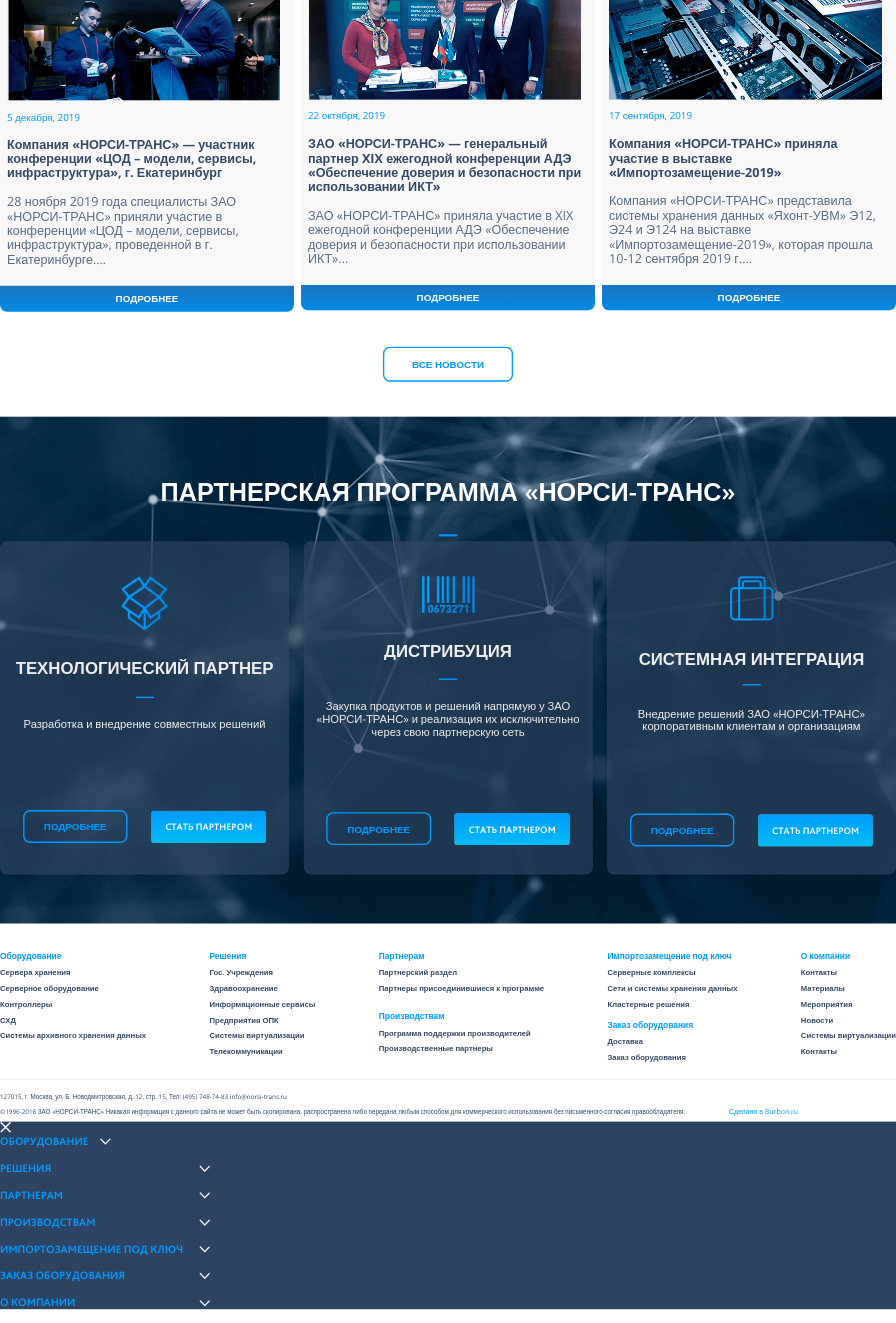
Repository: frostnn/testTaskBurbon
Page: app/index.html
An editor plug-in stored every save of this project. The page is shown before and after the next save, followed by the edit.
The browser window is 1280 px wide. The pictures show the part of the page from y = 1746 to 3666 px (the page is 3636 px tall before and 3666 px after), at 70% of full size.
The style sheet was rebuilt from its Sass, Less or Tailwind sources for each picture, by a compiler version that may differ from the author's.

Above is the page before, as saved 2020-07-17 09:41:52.

### app/index.html
<!DOCTYPE html>
<html lang="en">
<head>
  <meta charset="UTF-8">
  <meta name="viewport" content="width=device-width, initial-scale=1.0">
  <meta http-equiv="X-UA-Compatible" content="ie=edge">
  <link rel="stylesheet" href="css/style.min.css">
  <title>Test task</title>
</head>
<body>
  <div class="bg-test">
    <header class="header">
      <div class="mobile-menu">
        <span class="mobile-menu__burger"></span>
      </div>




        <div class="header-logo">
          <img src="./img/NT_logo_color.png" alt="Логотип" class="header-logo__img">
        </div>
        <nav class="header-nav">
          <ul class="header-nav__list">
            <li class="header-nav__list-item">
              <a href="#" class="header-nav__list-link">оборудование</a>
            </li>
            <li class="header-nav__list-item">
              <a href="#" class="header-nav__list-link">решения</a>
            </li>
            <li class="header-nav__list-item">
              <a href="#" class="header-nav__list-link">партнерам</a>
            </li>
            <li class="header-nav__list-item">
              <a href="#" class="header-nav__list-link">производствам</a>
            </li>
            <li class="header-nav__list-item">
              <a href="#" class="header-nav__list-link">импортозамещение под ключ</a>
            </li>
            <li class="header-nav__list-item">
              <a href="#" class="header-nav__list-link">заказ оборудования</a>
            </li>
            <li class="header-nav__list-item">
              <a href="#" class="header-nav__list-link">о компании</a>
            </li>
          </ul>
        </nav>
        <div class="header-search">
          <img src="./img/search.png" alt="Поиск" class="header-search__img">
        </div>
    </header>
    <section class="slider">
      <div class="slider-block">
        <div class="slider-block__content">
          <h1 class="slider-block__content-title">Яхонт-увм э24</h1>
          <p class="slider-block__content-text">
            программно-аппаратный комплекс высокопроизводительной загрузки <br>
            и накопления массивов CDR/IPDR данных, выполнения задач<br>
            по их обработке
          </p>
          <a href="#" class="slider-block__content-link btn">Подробнее</a>
        </div>
        <div class="slider-block__content">
          <h1 class="slider-block__content-title">Яхонт-увм э24</h1>
          <p class="slider-block__content-text">
            программно-аппаратный комплекс высокопроизводительной загрузки <br>
            и накопления массивов CDR/IPDR данных, выполнения задач<br>
            по их обработке
          </p>
        <!--  <img src="./img/VPS.png" alt="" class="slider-block__content-img"> -->
          <a href="#" class="slider-block__content-link btn">Подробнее</a>
        </div>
        <div class="slider-block__content">
          <h1 class="slider-block__content-title">Яхонт-увм э24</h1>
          <p class="slider-block__content-text">
            программно-аппаратный комплекс высокопроизводительной загрузки <br>
            и накопления массивов CDR/IPDR данных, выполнения задач<br>
            по их обработке
          </p>
          <a href="#" class="slider-block__content-link btn">Подробнее</a>
        </div>
      </div>
    </section>
  </div>
  <section class="industries">
    <h2 class="industries-title">Наши отрасли</h2>
    <div class="industries-block">
      <div class="industries-block__content">
        <img src="./img/healths.png" alt="healths" class="industries-block__content-img">
        <h3 class="industries-block__content-title">Здравоохранение</h3>
        <p class="industries-block__content-text">
          Системы хранения данных. Интеграция
          в действующую ИКТ-структуру. Программно-аппаратный комплекс «Яхонт-ЭМК»,
          предназначенный для хранения и ведения медицинских интегрированных архивов
        </p>
        <a href="" class="industries-block__content-link">Подробнее</a>
      </div>
      <div class="industries-block__content">
        <img src="./img/gov.png" alt="government" class="industries-block__content-img">
        <h3 class="industries-block__content-title">Государственный сектор </h3>
        <p class="industries-block__content-text">
          Системы хранения данных. Интеграция в действующую ИКТ-структуру.
          Импортонезависимый программно-аппаратный комплекс систем электронного документооборота
          и аналитической отчетности
        </p>
        <a href="" class="industries-block__content-link">Подробнее</a>
      </div>
      <div class="industries-block__content">
        <img src="./img/telecom.png" alt="telecom" class="industries-block__content-img">
        <h3 class="industries-block__content-title">Телекоммуникации</h3>
        <p class="industries-block__content-text">
          Системы хранения данных. Интеграция в действующую ИКТ-структуру.
          Программно-аппаратный комплекс «Яхонт-ЭМК»,
          предназначенный для хранения и ведения медицинских интегрированных архивов
        </p>
        <a href="" class="industries-block__content-link">Подробнее</a>
      </div>
      <div class="industries-block__content">
        <img src="./img/opk.png" alt="opk" class="industries-block__content-img">
        <h3 class="industries-block__content-title">Предприятия ОПК</h3>
        <p class="industries-block__content-text">
          Системы хранения данных. Интеграция в действующую ИКТ-структуру.
          Импортонезависимый программно-аппаратный комплекс систем электронного документооборота
          и аналитической отчетности
        </p>
        <a href="#" class="industries-block__content-link">Подробнее</a>
      </div>
    </div>
  </section>
  <main class="production">
    <div class="production-wrapper">
      <div class="production-block">
        <h2 class="production-block__title">Производственный комплекс</h2>
        <p class="production-block__text">
          Компания «НОРСИ-ТРАНС» осуществляет свою деятельность в соответствии с Уставом <br>
          и имеет все необходимые лицензии для разработки, производства и реализации технических средств.<br>
          Система менеджмента качества применительно к полному комплексу<br>
          строительно-монтажных услуг на объектах связи и оказанию <br>
          телекоммуникационных услуг компании «НОРСИ-ТРАНС» соответствует <br>
          требованиям ГОСТ Р ИСО 9001-2015 (ИСО 9000:2015) и является максимально клиентоориентированной
        </p>
        <a href="#" class="production-block__link btn">подробнее</a>
      </div>
    </div>
  </main>
  <section class="news">
    <h2 class="news-title">Новости</h2>
      <div class="news-block">
        <div class="news-block__content">
          <img src="./img/news_1.png" alt="news_img" class="news-block__content-img">
          <span class="news-block__content-date">5 декабря, 2019</span>
          <h4 class="news-block__content-title">
            Компания «НОРСИ-ТРАНС» — участник конференции «ЦОД – модели,
            сервисы, инфраструктура», г. Екатеринбург
          </h4>
          <p class="news-block__content-text">
            28 ноября 2019 года специалисты ЗАО «НОРСИ-ТРАНС»
            приняли участие в конференции «ЦОД – модели, сервисы,
            инфраструктура», проведенной в г. Екатеринбурге.…
          </p>
          <a href="#" class="news-block__content-link">Подробнее</a>
        </div>
          <div class="news-block__content">
            <img src="./img/news_2.png" alt="news_img" class="news-block__content-img">
            <span class="news-block__content-date">22 октября, 2019</span>
            <h4 class="news-block__content-title">
              ЗАО «НОРСИ-ТРАНС» — генеральный партнер XIX
              ежегодной конференции АДЭ «Обеспечение доверия
              и безопасности при использовании ИКТ»
            </h4>
            <p class="news-block__content-text">
              ЗАО «НОРСИ-ТРАНС» приняла участие в XIX ежегодной конференции
              АДЭ «Обеспечение доверия и безопасности при использовании ИКТ»...
            </p>
            <a href="#" class="news-block__content-link">Подробнее</a>
          </div>
          <div class="news-block__content">
            <img src="./img/news_3.png" alt="news_img" class="news-block__content-img">
            <span class="news-block__content-date">17 сентября, 2019</span>
            <h4 class="news-block__content-title">
              Компания «НОРСИ-ТРАНС» приняла участие
              в выставке «Импортозамещение-2019»
            </h4>
            <p class="news-block__content-text">
              Компания «НОРСИ-ТРАНС» представила системы хранения данных
              «Яхонт-УВМ» Э12, Э24 и Э124 на выставке «Импортозамещение-2019»,
              которая прошла 10-12 сентября 2019 г.…
            </p>
            <a href="#" class="news-block__content-link">Подробнее</a>
          </div>
      </div>
      <div class="btn-wrapper">
        <button class="news-btn">Все новости</button>
      </div>
  </section>
  <section class="program">
    <div class="program-wrapper">
      <h2 class="program-title">Партнерская программа «НОРСИ-ТРАНС» </h2>
      <div class="program-block__wrapper">
        <div class="program-block">
          <img src="./img/box.png" alt="box" class="program-block__img">
          <h5 class="program-block__title">Технологический партнер</h5>
          <p class="program-block__text">Разработка и внедрение совместных решений </p>
          <div class="program-block__btn">
            <a href="#" class="program-block__btn-link">подробнее</a>
            <button class="program-block__btn-btn btn">стать партнером</button>
          </div>
        </div>
        <div class="program-block">
          <img src="./img/code.png" alt="box" class="program-block__img">
          <h5 class="program-block__title">Дистрибуция</h5>
          <p class="program-block__text">
            Закупка продуктов и решений напрямую у ЗАО «НОРСИ-ТРАНС»
            и реализация их исключительно через свою партнерскую сеть
          </p>
          <div class="program-block__btn">
            <a href="#" class="program-block__btn-link">подробнее</a>
            <button class="program-block__btn-btn btn">стать партнером</button>
          </div>
        </div>
        <div class="program-block">
          <img src="./img/case.png" alt="box" class="program-block__img">
          <h5 class="program-block__title">Системная интеграция</h5>
          <p class="program-block__text">
            Внедрение решений ЗАО «НОРСИ-ТРАНС»
            корпоративным клиентам и организациям
          </p>
          <div class="program-block__btn">
            <a href="#" class="program-block__btn-link">подробнее</a>
            <button class="program-block__btn-btn btn">стать партнером</button>
          </div>
        </div>
      </div>
    </div>
  </section>
  <footer class="footer">
    <div class="footer-nav">
      <div class="equipment-block">
        <ul class="equipment-block__list">
          <li class="equipment-block__list-titlee">Оборудование</li>
          <li class="equipment-block__list-item"> <a href="#" class="equipment-block__item-link"> Сервера хранения</a></li>
          <li class="equipment-block__list-item"> <a href="#" class="equipment-block__item-link">Серверное оборудование</a></li>
          <li class="equipment-block__list-item"> <a href="#" class="equipment-block__item-link"> Контроллеры</a></li>
          <li class="equipment-block__list-item"> <a href="#" class="equipment-block__item-link">СХД</a></li>
          <li class="equipment-block__list-item"> <a href="#" class="equipment-block__item-link">Системы архивного хранения данных</a></li>
        </ul>
      </div>
      <div class="decisions-block">
        <ul class="decisions-block__list">
          <li class="decisions-block__list-title">Решения</li>
          <li class="decisions-block__list-item"> <a href="#" class="decisions-block__item-link"> Гос. Учреждения</a></li>
          <li class="decisions-block__list-item"> <a href="#" class="decisions-block__item-link">Здравоохранение</a></li>
          <li class="decisions-block__list-item"> <a href="#" class="decisions-block__item-link">Информационные сервисы</a></li>
          <li class="decisions-block__list-item"> <a href="#" class="decisions-block__item-link">Предприятия ОПК</a></li>
          <li class="decisions-block__list-item"> <a href="#" class="decisions-block__item-link">Системы виртуализации</a></li>
          <li class="decisions-block__list-item"> <a href="#" class="decisions-block__item-link">Телекоммуникации</a></li>
        </ul>
      </div>
      <div class="partners-block">
        <ul class="partners-block__list">
          <li class="partners-block__list-title">Партнерам</li>
          <li class="partners-block__list-item"> <a href="#" class="partners-block__item-link">Партнерский раздел</a></li>
          <li class="partners-block__list-item"> <a href="#" class="partners-block__item-link">Партнеры присоединившиеся к программе</a></li>
        </ul>
        <ul class="productions-block__list">
          <li class="productions-block__list-title">Производствам</li>
          <li class="productions-block__list-item"> <a href="#" class="productions-block__item-link">Программа поддержки производителей</a></li>
          <li class="productions-block__list-item"> <a href="#" class="productions-block__item-link">Производственные партнеры</a></li>
        </ul>
      </div>
      <div class="import-block">
        <ul class="import-block__list">
          <li class="import-block__list-title">Импортозамещение под ключ</li>
          <li class="import-block__list-item"> <a href="#" class="import-block__item-link"> Серверные комплексы</a></li>
          <li class="import-block__list-item"> <a href="#" class="import-block__item-link">Сети и системы хранения данных</a></li>
          <li class="import-block__list-item"> <a href="#" class="import-block__item-link">Кластерные решения</a></li>
        </ul>
        <ul class="equipment-block__list">
          <li class="equipment-block__list-title">Заказ оборудования</li>
          <li class="equipment-block__list-item"> <a href="#" class="equipment-block__item-link">Доставка</a></li>
          <li class="equipment-block__list-item"> <a href="#" class="equipment-block__item-link">Заказ оборудования</a></li>
        </ul>
      </div>
      <div class="nav-block">
        <ul class="nav-block__list">
          <li class="nav-block__list-title" >О компании</li>
          <li class="nav-block__list-item" > <a href="#" class="nav-block__item-link">Контакты</a></li>
          <li class="nav-block__list-item" > <a href="#" class="nav-block__item-link">Материалы</a></li>
          <li class="nav-block__list-item" > <a href="#" class="nav-block__item-link">Мероприятия</a></li>
          <li class="nav-block__list-item" > <a href="#" class="nav-block__item-link">Новости</a></li>
          <li class="nav-block__list-item" > <a href="#" class="nav-block__item-link">Системы виртуализации</a></li>
          <li class="nav-block__list-item" > <a href="#" class="nav-block__item-link">Контакты</a></li>
        </ul>
      </div>
    </div>
    <div class="subfooter">
      <p class="subfooter-contacts">
        127015, г. Москва, ул. Б. Новодмитровская,
        д. 12, стр. 15, Тел: <a href="tel:(495) 748-74-83" class="subfooter-contacts__link">(495) 748-74-83</a> <a href="mailto:info@norsi-trans.ru" class="subfooter-contacts__link">info@norsi-trans.ru</a>
      </p>
      <p class="subfooter-info">
        ©1996-2018 ЗАО «НОРСИ-ТРАНС» Никакая информация с данного сайта не может быть скопирована,
        распространена либо передана любым способом для коммерческого использования без письменного согласия правообладателя.
        <a href="https://burbon.ru/" class="subfooter-link">Сделано в Burbon.ru</a>
      </p>
    </div>
  </footer>
  <div class="mobile-nav">
    <div class="mobile-nav__close"></div>
    <ul class="mobile-nav_lis">
      <li class="mobile-nav_list-title equipment">Оборудование</li>
      <li class="mobile-nav_list-text"><a href="#" class="mobile-nav_item-link">Сервера хранения</a></li>
      <li class="mobile-nav_list-text"><a href="#" class="mobile-nav_item-link">Серверное оборудование</a></li>
      <li class="mobile-nav_list-text"><a href="#" class="mobile-nav_item-link">Контроллеры</a></li>
      <li class="mobile-nav_list-text"><a href="#" class="mobile-nav_item-link">СХД</a></li>
      <li class="mobile-nav_list-text"><a href="#" class="mobile-nav_item-link">Системы архивного хранения данных</a></li>
    </ul>
    <ul class="mobile-nav_list">
      <li class="mobile-nav_list-title">Решения</li>
      <li class="mobile-nav_list-text"><a href="#" class="mobile-nav_item-link">Сервера хранения</a></li>
      <li class="mobile-nav_list-text"><a href="#" class="mobile-nav_item-link">Серверное оборудование</a></li>
    </ul>
    <ul class="mobile-nav_list">
      <li class="mobile-nav_list-title">Партнерам</li>
      <li class="mobile-nav_list-text"><a href="#" class="mobile-nav_item-link">Сервера хранения</a></li>
      <li class="mobile-nav_list-text"><a href="#" class="mobile-nav_item-link">Серверное оборудование</a></li>
    </ul>
    <ul class="mobile-nav_list">
      <li class="mobile-nav_list-title">Производствам</li>
      <li class="mobile-nav_list-text"><a href="#" class="mobile-nav_item-link">Сервера хранения</a></li>
      <li class="mobile-nav_list-text"><a href="#" class="mobile-nav_item-link">Серверное оборудование</a></li>
    </ul>
    <ul class="mobile-nav_list">
      <li class="mobile-nav_list-title">Импортозамещение под ключ</li>
      <li class="mobile-nav_list-text"><a href="#" class="mobile-nav_item-link">Сервера хранения</a></li>
      <li class="mobile-nav_list-text"><a href="#" class="mobile-nav_item-link">Серверное оборудование</a></li>
    </ul>
    <ul class="mobile-nav_list">
      <li class="mobile-nav_list-title">Заказ оборудования</li>
      <li class="mobile-nav_list-text"><a href="#" class="mobile-nav_item-link">Сервера хранения</a></li>
      <li class="mobile-nav_list-text"><a href="#" class="mobile-nav_item-link">Серверное оборудование</a></li>
    </ul>
    <ul class="mobile-nav_list">
      <li class="mobile-nav_list-title">О компании</li>
      <li class="mobile-nav_list-text"><a href="#" class="mobile-nav_item-link">Сервера хранения</a></li>
      <li class="mobile-nav_list-text"><a href="#" class="mobile-nav_item-link">Серверное оборудование</a></li>
    </ul>
  </div>
  <script src="https://ajax.googleapis.com/ajax/libs/jquery/3.4.1/jquery.min.js"></script>
  <script src="js/libs.min.js"></script>
  <script src="js/main.js"></script>
</body>
</html>

### app/scss/_vars.scss
$white: #fff;
$blue: #019afe;

### app/scss/_fonts.scss
@import url('https://fonts.googleapis.com/css2?family=Open+Sans:wght@300;400;600;700;800&display=swap');
@font-face {
  font-family: 'Bliss Pro Bold';
  src: url('../fonts/BlissPro-Bold.eot');
  src: url('../fonts/BlissPro-Bold.eot?#iefix') format('embedded-opentype'),
  url('../fonts/BlissPro-Bold.woff') format('woff'),
  url('../fonts/BlissPro-Bold.ttf') format('truetype');
  font-weight: normal;
  font-style: normal;
  }

### app/scss/_global.scss
html {
  box-sizing: border-box;
}
body {
  font-family: 'Open Sans', sans-serif;
}
*,
*::before,
*::after {

  box-sizing: inherit;
}
a {
  display: inline;
  text-decoration: none;
  color: #fff;
}
ul,
li {
  list-style: none;
  margin: 0;
  padding: 0;
}

Loaded but not shown: app/js/libs.min.js (library); app/js/main.js (5 lines, source omitted); app/scss/_media.scss (762 lines, source omitted); app/scss/style.scss (530 lines, source omitted); app/scss/_libs.scss (469 lines, source omitted)

After the next save:
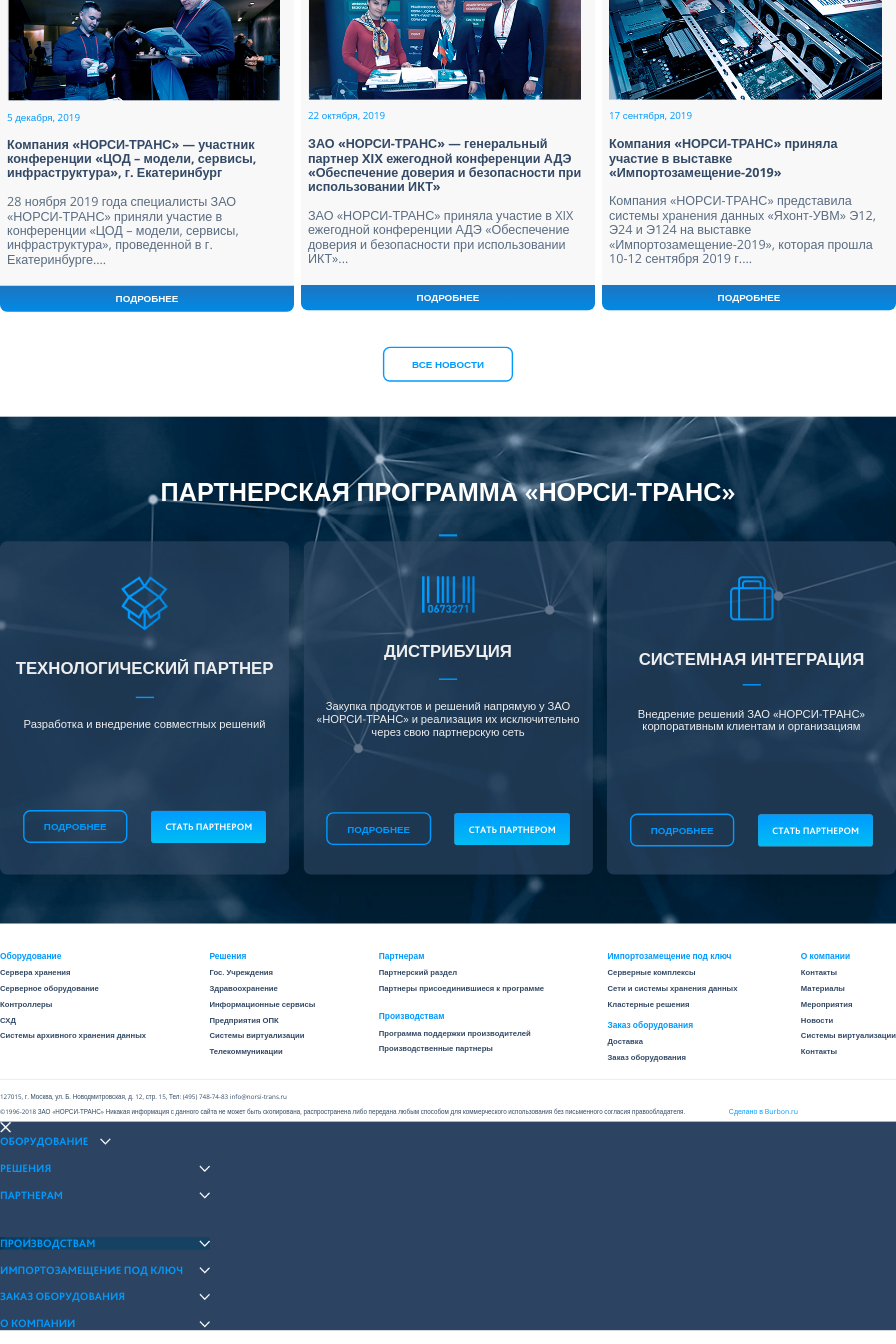
Saved 9 min 25 s later.
--- a/app/index.html
+++ b/app/index.html
@@ -316,32 +316,32 @@
       <li class="mobile-nav_list-text"><a href="#" class="mobile-nav_item-link">Системы архивного хранения данных</a></li>
     </ul>
     <ul class="mobile-nav_list">
-      <li class="mobile-nav_list-title">Решения</li>
-      <li class="mobile-nav_list-text"><a href="#" class="mobile-nav_item-link">Сервера хранения</a></li>
-      <li class="mobile-nav_list-text"><a href="#" class="mobile-nav_item-link">Серверное оборудование</a></li>
-    </ul>
-    <ul class="mobile-nav_list">
-      <li class="mobile-nav_list-title">Партнерам</li>
-      <li class="mobile-nav_list-text"><a href="#" class="mobile-nav_item-link">Сервера хранения</a></li>
-      <li class="mobile-nav_list-text"><a href="#" class="mobile-nav_item-link">Серверное оборудование</a></li>
-    </ul>
-    <ul class="mobile-nav_list">
-      <li class="mobile-nav_list-title">Производствам</li>
-      <li class="mobile-nav_list-text"><a href="#" class="mobile-nav_item-link">Сервера хранения</a></li>
-      <li class="mobile-nav_list-text"><a href="#" class="mobile-nav_item-link">Серверное оборудование</a></li>
-    </ul>
-    <ul class="mobile-nav_list">
-      <li class="mobile-nav_list-title">Импортозамещение под ключ</li>
-      <li class="mobile-nav_list-text"><a href="#" class="mobile-nav_item-link">Сервера хранения</a></li>
-      <li class="mobile-nav_list-text"><a href="#" class="mobile-nav_item-link">Серверное оборудование</a></li>
-    </ul>
-    <ul class="mobile-nav_list">
-      <li class="mobile-nav_list-title">Заказ оборудования</li>
-      <li class="mobile-nav_list-text"><a href="#" class="mobile-nav_item-link">Сервера хранения</a></li>
-      <li class="mobile-nav_list-text"><a href="#" class="mobile-nav_item-link">Серверное оборудование</a></li>
-    </ul>
-    <ul class="mobile-nav_list">
-      <li class="mobile-nav_list-title">О компании</li>
+      <li class="mobile-nav_list-title decision">Решения</li>
+      <li class="mobile-nav_list-text"><a href="#" class="mobile-nav_item-link">Сервера хранения</a></li>
+      <li class="mobile-nav_list-text"><a href="#" class="mobile-nav_item-link">Серверное оборудование</a></li>
+    </ul>
+    <ul class="mobile-nav_list">
+      <li class="mobile-nav_list-title partners">Партнерам</li>
+      <li class="mobile-nav_list-text"><a href="#" class="mobile-nav_item-link">Сервера хранения</a></li>
+      <li class="mobile-nav_list-text"><a href="#" class="mobile-nav_item-link">Серверное оборудование</a></li>
+    </ul>
+    <ul class="mobile-nav_list">
+      <li class="mobile-nav_list-title production">Производствам</li>
+      <li class="mobile-nav_list-text"><a href="#" class="mobile-nav_item-link">Сервера хранения</a></li>
+      <li class="mobile-nav_list-text"><a href="#" class="mobile-nav_item-link">Серверное оборудование</a></li>
+    </ul>
+    <ul class="mobile-nav_list">
+      <li class="mobile-nav_list-title import">Импортозамещение под ключ</li>
+      <li class="mobile-nav_list-text"><a href="#" class="mobile-nav_item-link">Сервера хранения</a></li>
+      <li class="mobile-nav_list-text"><a href="#" class="mobile-nav_item-link">Серверное оборудование</a></li>
+    </ul>
+    <ul class="mobile-nav_list">
+      <li class="mobile-nav_list-title order">Заказ оборудования</li>
+      <li class="mobile-nav_list-text"><a href="#" class="mobile-nav_item-link">Сервера хранения</a></li>
+      <li class="mobile-nav_list-text"><a href="#" class="mobile-nav_item-link">Серверное оборудование</a></li>
+    </ul>
+    <ul class="mobile-nav_list">
+      <li class="mobile-nav_list-title about">О компании</li>
       <li class="mobile-nav_list-text"><a href="#" class="mobile-nav_item-link">Сервера хранения</a></li>
       <li class="mobile-nav_list-text"><a href="#" class="mobile-nav_item-link">Серверное оборудование</a></li>
     </ul>
